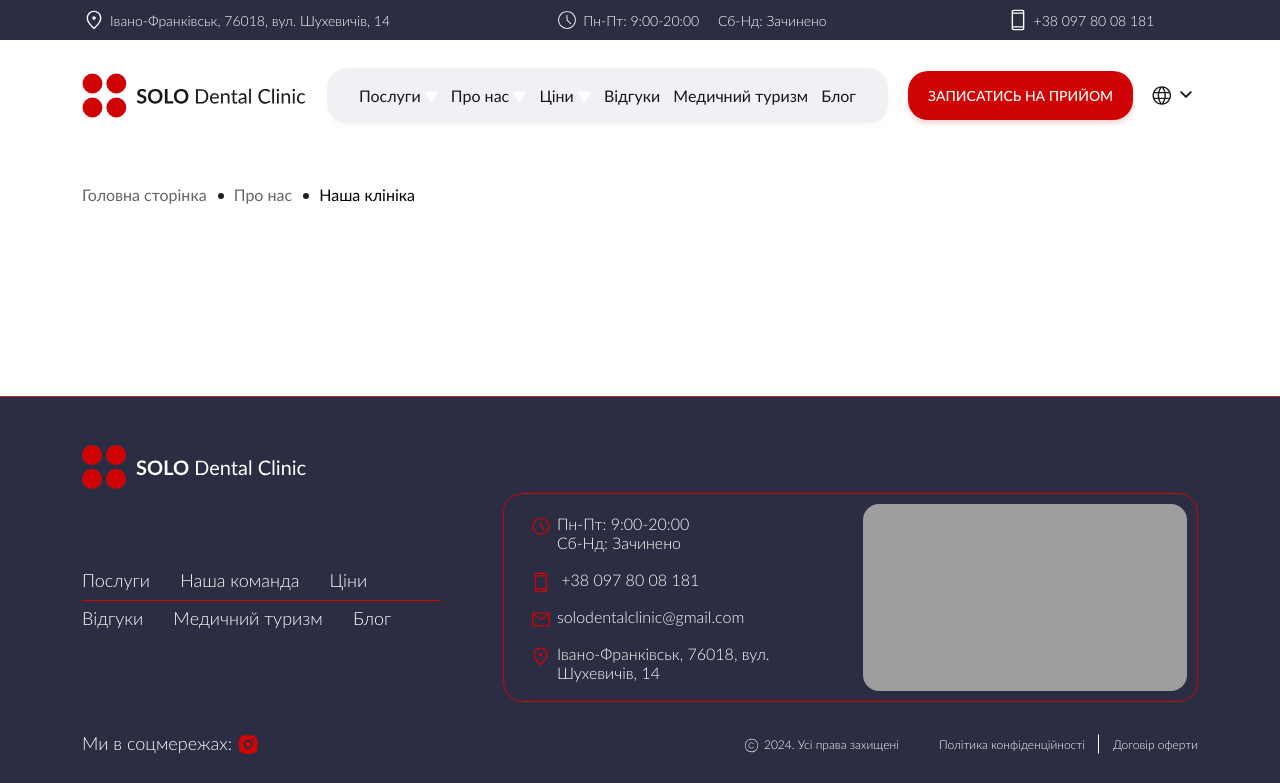
Repository: TarasDutchak/dental-clinic
Page: about.html
The author's editor kept a copy of each file at every save. The page is drawn from the files as they stood at one save, then again after the next save.
The browser window is 1280 px wide. The pictures show the whole page.
Pictures or frames that could not be fetched are drawn as grey boxes.

Above is the page before, as saved 2024-12-30 08:49:00.

### about.html
<!DOCTYPE html>
<html lang="en">

<head>
    <meta charset="UTF-8">
    <meta http-equiv="X-UA-Compatible" content="IE=edge">
    <meta name="viewport" content="width=device-width, initial-scale=1.0">
    <title>Про Клініку</title>
    <link rel="icon" type="image/x-icon" href="favicon.png">
    <link rel="stylesheet" href="css/lib/swiper-bundle.min.css">
    <link rel="stylesheet" href="css/lib/bootstrap-grid.min.css">
    <link rel="stylesheet" href="css/lib/plyr.css">
    <link rel="stylesheet" href="css/lib/select2.css">
    <link rel="stylesheet" href="css/style.css">
</head>

<body>

    <header class="header">
        <div class="header__top">
            <div class="container">
                <div class="row align-items-center">
                    <div class="col-lg-5 col-md-4">
                        <p>
                            <img src="img/header/loc.svg" alt="location">
                            Івано-Франківськ, 76018, вул. Шухевичів, 14
                        </p>
                    </div>
                    <div class="col-lg-4 col-md-4">
                        <p>
                            <img src="img/header/time.svg" alt="workingday">
                            <span>Пн-Пт: 9:00-20:00</span>
                            <span>Сб-Нд: Зачинено</span>
                        </p>
                    </div>
                    <div class="col-lg-3 col-md-4 text-center">
                        <p>
                            <a href="tel:+380978008181">
                                <img src="img/header/tel.svg" alt="tel">
                                +38 097 80 08 181
                            </a>
                        </p>
                    </div>
                </div>
            </div>
        </div>
        <div class="header__content">
            <div class="container_header container">
                <div class="header__logo">
                    <a href="index.html"><img src="img/header/logo.svg" alt="logo"></a>
                </div>
                <div class="header__nav">
                    <nav>
                        <ul>
                            <li class="submenu">
                                <a href="#">
                                    Послуги
                                </a>
                                <ul class="large">
                                    <li><a href="#">Всі послуги</a></li>
                                    <li><a href="#">Відбілювання</a></li>
                                    <li><a href="#">Вініри</a></li>
                                    <li><a href="#">Коронки</a></li>
                                    <li><a href="#">Імплантація</a></li>
                                    <li><a href="#">Гнатологія</a></li>
                                    <li><a href="#">Гігієна ротової порожнини</a></li>
                                    <li><a href="#" class="active">Лікування карієсу</a></li>
                                    <li><a href="#" class="disable">Лікування каналів</a></li>
                                    <li><a href="#">Лікування ясен</a></li>
                                    <li><a href="#">Зубні імпланти</a></li>
                                    <li><a href="#">Хірургічна стоматологія</a></li>
                                    <li><a href="#">Видалення зубів мудрості</a></li>
                                    <li><a href="#">Стоматологія сну</a></li>
                                    <li><a href="#">Виправлення прикусу</a></li>
                                    <li><a href="#">Дитяча стоматологія</a></li>
                                    <li><a href="#">Діагностика ротової порожнини</a></li>
                                </ul>
                            </li>
                            <li class="submenu">
                                <a href="#">
                                    Про нас
                                </a>
                                <ul>
                                    <li><a href="#">Наша клініка</a></li>
                                    <li><a href="#">Лікарі</a></li>
                                    <li><a href="#">Історії лікування</a></li>
                                </ul>
                            </li>
                            <li class="submenu">
                                <a href="#">
                                    Ціни
                                </a>
                                <ul>
                                    <li><a href="#">Прайс</a></li>
                                    <li><a href="#">Оплата частинами</a></li>
                                </ul>
                            </li>
                            <li>
                                <a href="#">
                                    Відгуки
                                </a>
                            </li>
                            <li>
                                <a href="#">
                                    Медичний туризм
                                </a>
                            </li>
                            <li>
                                <a href="#">
                                    Блог
                                </a>
                            </li>
                        </ul>
                        <a href="#" class="redbtn mobshow" data-modal-target="appointmentmodal">
                            записатись на прийом
                        </a>
                    </nav>
                    <button class="closemenu">
                        <img src="img/header/close.png" alt="close menu">
                    </button>
                </div>
                <div class="header__rightsect">
                    <a href="#" class="redbtn" data-modal-target="appointmentmodal">
                        записатись на прийом
                    </a>
                    <div class="languagebox">
                        <span>
                            <img src="img/header/earth.svg" alt="language">
                        </span>
                        <ul>
                            <li>
                                <a href="#">
                                    <img src="img/header/us-flag.svg" alt="english">
                                    En
                                </a>
                            </li>
                            <li class="active">
                                <a href="#">
                                    <img src="img/header/ua-flag.svg" alt="ukrainian">
                                    Uk
                                </a>
                            </li>
                        </ul>
                    </div>
                    <button class="headermenubtn">
                        <img src="img/header/menu.png" alt="menu">
                    </button>
                </div>
            </div>
        </div>
        <div class="menubg"></div>
    </header>

    <main class="main">
        <div class="container">
            <div class="breadcrumbs">
                <ul>
                    <li><a href="#">Головна сторінка</a></li>
                    <li><a href="#">Про нас</a></li>
                    <li>Наша клініка</li>
                </ul>
            </div>
        </div>

        <div class="aboutsect">

        </div>



    </main>

    <footer class="footer">
        <div class="container">
            <div class="row align-items-center">
                <div class="col-12">
                    <a href="index.html" class="footer__logo">
                        <img src="img/footer/logo-footer.svg" alt="logo">
                    </a>
                </div>
                <div class="col-xl-4">
                    <ul class="footer__nav">
                        <li><a href="#">Послуги</a></li>
                        <li><a href="#">Наша команда</a></li>
                        <li><a href="#">Ціни</a></li>
                        <li><a href="#">Відгуки</a></li>
                        <li><a href="#">Mедичний туризм</a></li>
                        <li><a href="#">Блог</a></li>
                    </ul>
                </div>
                <div class="col-xl-8 text-end">
                    <div class="footer__info">
                        <div class="footinfwrap">
                            <ul>
                                <li>
                                    <img src="img/footer/foot-clock.svg" alt="icon">
                                    <p>
                                        Пн-Пт: 9:00-20:00 <br>
                                        Сб-Нд: Зачинено
                                    </p>
                                </li>
                                <li>
                                    <img src="img/footer/foot-tel.svg" alt="icon">
                                    <a href="tel: +380978008181"> +38 097 80 08 181</a>
                                </li>
                                <li>
                                    <img src="img/footer/foot-email.svg" alt="icon">
                                    <a href="mailto:solodentalclinic@gmail.com">solodentalclinic@gmail.com</a>
                                </li>
                                <li>
                                    <img src="img/footer/foot-loc.svg" alt="icon">
                                    <p>
                                        Івано-Франківськ, 76018, вул. Шухевичів, 14
                                    </p>
                                </li>
                            </ul>
                        </div>
                        <div class="mapwrap">
                            <iframe
                                src="https://www.google.com/maps/embed?pb=!1m18!1m12!1m3!1d2621.917959431259!2d24.720775176848996!3d48.91695529658282!2m3!1f0!2f0!3f0!3m2!1i1024!2i768!4f13.1!3m3!1m2!1s0x4730c166259a99f7%3A0xe9b1d0f143ae48f0!2z0LLRg9C70LjRhtGPINCo0YPRhdC10LLQuNGH0ZbQsiwgMTQsINCG0LLQsNC90L4t0KTRgNCw0L3QutGW0LLRgdGM0LosINCG0LLQsNC90L4t0KTRgNCw0L3QutGW0LLRgdGM0LrQsCDQvtCx0LvQsNGB0YLRjCwgNzYwMDA!5e0!3m2!1suk!2sua!4v1735398550766!5m2!1suk!2sua"
                                style="border:0;" allowfullscreen="" loading="lazy"
                                referrerpolicy="no-referrer-when-downgrade"></iframe>
                        </div>
                    </div>
                </div>
            </div>
            <div class="footer__bottomsect">
                <div class="row align-items-center">
                    <div class="col-xl-6 col-lg-5">
                        <p class="weinsoc">
                            Ми в соцмережах:
                            <a href="#">
                                <svg width="28" height="29" viewBox="0 0 28 29" fill="none"
                                    xmlns="http://www.w3.org/2000/svg">
                                    <path
                                        d="M14.8667 2.83301C16.1792 2.83651 16.8453 2.84351 17.4205 2.85984L17.6468 2.86801C17.9082 2.87734 18.166 2.88901 18.4775 2.90301C19.7188 2.96134 20.5658 3.15734 21.309 3.44551C22.079 3.74184 22.7277 4.14317 23.3763 4.79067C23.9698 5.3737 24.4289 6.07923 24.7215 6.85801C25.0097 7.60117 25.2057 8.44817 25.264 9.69067C25.278 10.001 25.2897 10.2588 25.299 10.5213L25.306 10.7477C25.3235 11.3217 25.3305 11.9878 25.3328 13.3003L25.334 14.1707V15.699C25.3368 16.55 25.3279 17.4009 25.3072 18.2517L25.3002 18.478C25.2908 18.7405 25.2792 18.9983 25.2652 19.3087C25.2068 20.5512 25.0085 21.397 24.7215 22.1413C24.4289 22.9201 23.9698 23.6257 23.3763 24.2087C22.7933 24.8022 22.0878 25.2612 21.309 25.5538C20.5658 25.842 19.7188 26.038 18.4775 26.0963L17.6468 26.1313L17.4205 26.1383C16.8453 26.1547 16.1792 26.1628 14.8667 26.1652L13.9963 26.1663H12.4692C11.6178 26.1693 10.7664 26.1604 9.91533 26.1395L9.689 26.1325C9.41204 26.122 9.13515 26.11 8.85833 26.0963C7.617 26.038 6.77 25.842 6.02566 25.5538C5.2473 25.2611 4.54218 24.802 3.9595 24.2087C3.3656 23.6258 2.90612 22.9202 2.61316 22.1413C2.325 21.3982 2.129 20.5512 2.07066 19.3087L2.03566 18.478L2.02983 18.2517C2.00832 17.401 1.9986 16.55 2.00066 15.699V13.3003C1.99743 12.4494 2.00599 11.5984 2.02633 10.7477L2.0345 10.5213C2.04383 10.2588 2.0555 10.001 2.0695 9.69067C2.12783 8.44817 2.32383 7.60234 2.612 6.85801C2.90564 6.07891 3.36592 5.37335 3.96066 4.79067C4.54301 4.19748 5.24772 3.73843 6.02566 3.44551C6.77 3.15734 7.61583 2.96134 8.85833 2.90301C9.16866 2.88901 9.42766 2.87734 9.689 2.86801L9.91533 2.86101C10.7661 2.84028 11.617 2.83133 12.468 2.83417L14.8667 2.83301ZM13.6673 8.66634C12.1202 8.66634 10.6365 9.28092 9.54254 10.3749C8.44858 11.4688 7.834 12.9526 7.834 14.4997C7.834 16.0468 8.44858 17.5305 9.54254 18.6245C10.6365 19.7184 12.1202 20.333 13.6673 20.333C15.2144 20.333 16.6982 19.7184 17.7921 18.6245C18.8861 17.5305 19.5007 16.0468 19.5007 14.4997C19.5007 12.9526 18.8861 11.4688 17.7921 10.3749C16.6982 9.28092 15.2144 8.66634 13.6673 8.66634ZM13.6673 10.9997C14.127 10.9996 14.5821 11.0901 15.0068 11.2659C15.4314 11.4417 15.8173 11.6994 16.1424 12.0244C16.4674 12.3493 16.7253 12.7351 16.9013 13.1597C17.0772 13.5844 17.1678 14.0395 17.1679 14.4991C17.168 14.9587 17.0775 15.4139 16.9017 15.8385C16.7259 16.2632 16.4682 16.6491 16.1432 16.9741C15.8182 17.2992 15.4325 17.5571 15.0078 17.733C14.5832 17.909 14.1281 17.9996 13.6685 17.9997C12.7402 17.9997 11.85 17.6309 11.1936 16.9745C10.5372 16.3182 10.1685 15.4279 10.1685 14.4997C10.1685 13.5714 10.5372 12.6812 11.1936 12.0248C11.85 11.3684 12.7402 10.9997 13.6685 10.9997M19.7935 6.91634C19.4067 6.91634 19.0358 7.06999 18.7623 7.34348C18.4888 7.61697 18.3352 7.9879 18.3352 8.37467C18.3352 8.76145 18.4888 9.13238 18.7623 9.40587C19.0358 9.67936 19.4067 9.83301 19.7935 9.83301C20.1803 9.83301 20.5512 9.67936 20.8247 9.40587C21.0982 9.13238 21.2518 8.76145 21.2518 8.37467C21.2518 7.9879 21.0982 7.61697 20.8247 7.34348C20.5512 7.06999 20.1803 6.91634 19.7935 6.91634Z"
                                        fill="#D00404" />
                                </svg>
                            </a>
                        </p>
                    </div>
                    <div class="col-xl-6 col-lg-7">
                        <ul>
                            <li>
                                <p>
                                    <img src="img/footer/copyright.svg" alt="icon">
                                    2024. Усі права захищені
                                </p>
                            </li>
                            <li>
                                <a href="#">Політика конфіденційності</a>
                            </li>
                            <li>
                                <a href="#">Договір оферти</a>
                            </li>
                        </ul>
                    </div>
                </div>
            </div>
        </div>
    </footer>





    <!-- consultationmodal -->
    <div id="consultationmodal" class="modal bgmodal">
        <div class="modal-dialog">
            <div class="modal-content">
                <span class="close closemod">
                    <img src="img/general/close-modal.svg" alt="close">
                </span>
                <p class="title">Заповніть форму нижче і ми зв’яжемось з Вами у робочі години</p>
                <form action="#">
                    <div class="row align-items-center">
                        <div class="col-lg-7">
                            <div class="inputfield">
                                <label for="name">Ваше ім’я*</label>
                                <input id="name" type="text" placeholder="Введіть своє ім’я">
                            </div>
                        </div>
                        <div class="col-lg-5 selwr">
                            <div class="inputfield rpad">
                                <select class="customselect" name="formcons" data-placeholder="форма консультації:">
                                    <option></option>
                                    <option value="0">Онлайн консультація</option>
                                    <option value="1">Консультація в клініці</option>
                                </select>
                            </div>
                        </div>
                        <div class="col-lg-7">
                            <div class="inputfield">
                                <label for="tel">Номер телефону*</label>
                                <input id="tel" type="number" placeholder="Введіть номер телефону">
                            </div>
                        </div>
                        <div class="col-lg-7">
                            <div class="inputfield">
                                <label for="comment">Ваш коментар</label>
                                <textarea id="comment" placeholder=""></textarea>
                            </div>
                        </div>
                        <div class="col-lg-7">
                            <div class="inputfield check">
                                <input type="checkbox" id="check">
                                <label for="check">
                                    Я погоджуюсь з обробкою персональних даних <br>
                                    політика конфіденційності
                                </label>
                            </div>
                        </div>
                        <div class="col-lg-5 text-end">
                            <!-- <button type="submit" class="bluebtn">
                            НАДІСЛАТИ
                        </button> -->
                            <a href="#" class="bluebtn close" data-modal-target="thankmodal">НАДІСЛАТИ</a>
                        </div>
                    </div>
                </form>
            </div>
        </div>
    </div>

    <div id="thankmodal" class="modal smmodal text-center">
        <div class="modal-content">
            <span class="close closemod">
                <img src="img/general/close-modal.svg" alt="close">
            </span>
            <p>
                Вашу форму надіслано!
            </p>
            <p>
                Дякуємо, ми Вам залетелефонуємо
                <img src="img/general/modicon.svg" alt="img">
            </p>
            <button class="bluebtn close">
                Закрити
            </button>
        </div>
    </div>

    <div id="appointmentmodal" class="modal mdmodal">
        <div class="modal-dialog">
            <div class="modal-content">
                <span class="close closemod">
                    <img src="img/general/close-modal.svg" alt="close">
                </span>
                <p class="title">Заповніть форму нижче<br> і ми зв’яжемось з Вами у робочі години</p>
                <form action="#">
                    <div class="row align-items-center">
                        <div class="col-lg-12">
                            <div class="inputfield">
                                <label for="name">Ваше ім’я*</label>
                                <input id="name" type="text" placeholder="Введіть своє ім’я">
                            </div>
                        </div>
                        <div class="col-lg-12">
                            <div class="inputfield">
                                <label for="tel">Номер телефону*</label>
                                <input id="tel" type="number" placeholder="Введіть номер телефону">
                            </div>
                        </div>
                        <div class="col-lg-12">
                            <div class="inputfield">
                                <label for="comment">Ваш коментар</label>
                                <textarea id="comment" placeholder=""></textarea>
                            </div>
                        </div>
                        <div class="col-lg-12">
                            <div class="inputfield check">
                                <input type="checkbox" id="check">
                                <label for="check">
                                    Я погоджуюсь з обробкою персональних даних <br>
                                    політика конфіденційності
                                </label>
                            </div>
                        </div>
                        <div class="col-lg-12 text-center">
                            <!-- <button type="submit" class="bluebtn">
                            НАДІСЛАТИ
                        </button> -->
                            <a href="#" class="bluebtn close" data-modal-target="thankmodal">НАДІСЛАТИ</a>
                        </div>
                    </div>
                </form>
            </div>
        </div>
    </div>

    <script src="js/lib/jquery.js"></script>
    <script src="js/lib/swiper-bundle.min.js"></script>
    <script src="js/lib/plyr.js"></script>
    <script src="js/lib/select2.js"></script>
    <script src="js/main.js"></script>

</body>



</html>

Loaded but not shown: css/lib/swiper-bundle.min.css (library); css/lib/bootstrap-grid.min.css (library); css/lib/plyr.css (library); css/lib/select2.css (library); css/style.css (library); js/lib/jquery.js (library); js/lib/swiper-bundle.min.js (library); js/lib/plyr.js (library); js/lib/select2.js (library); js/main.js (244 lines, source omitted)

After the next save:
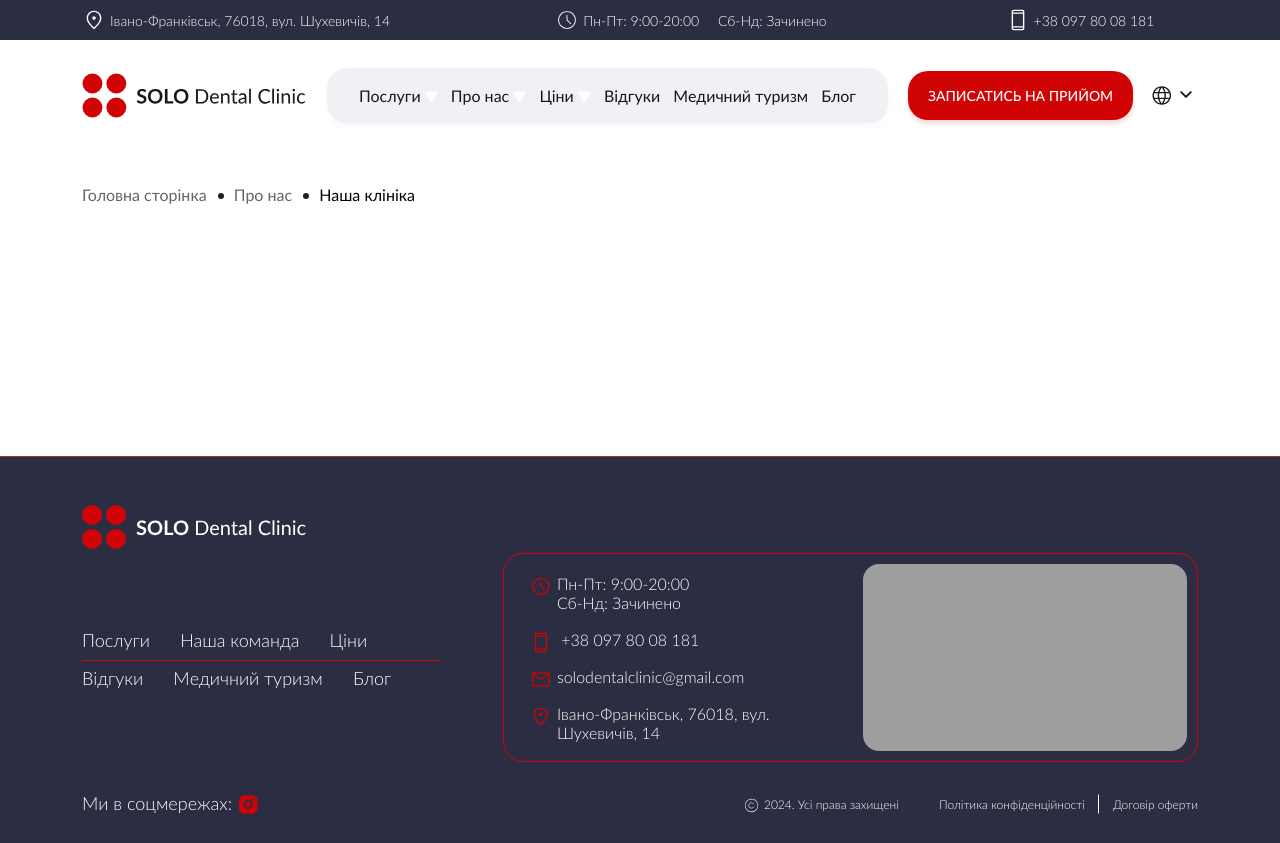
Saved 7 s later.
--- a/about.html
+++ b/about.html
@@ -163,7 +163,9 @@
         </div>
 
         <div class="aboutsect">
-
+            <div class="container">
+                <h1></h1>
+            </div>
         </div>
 
 
